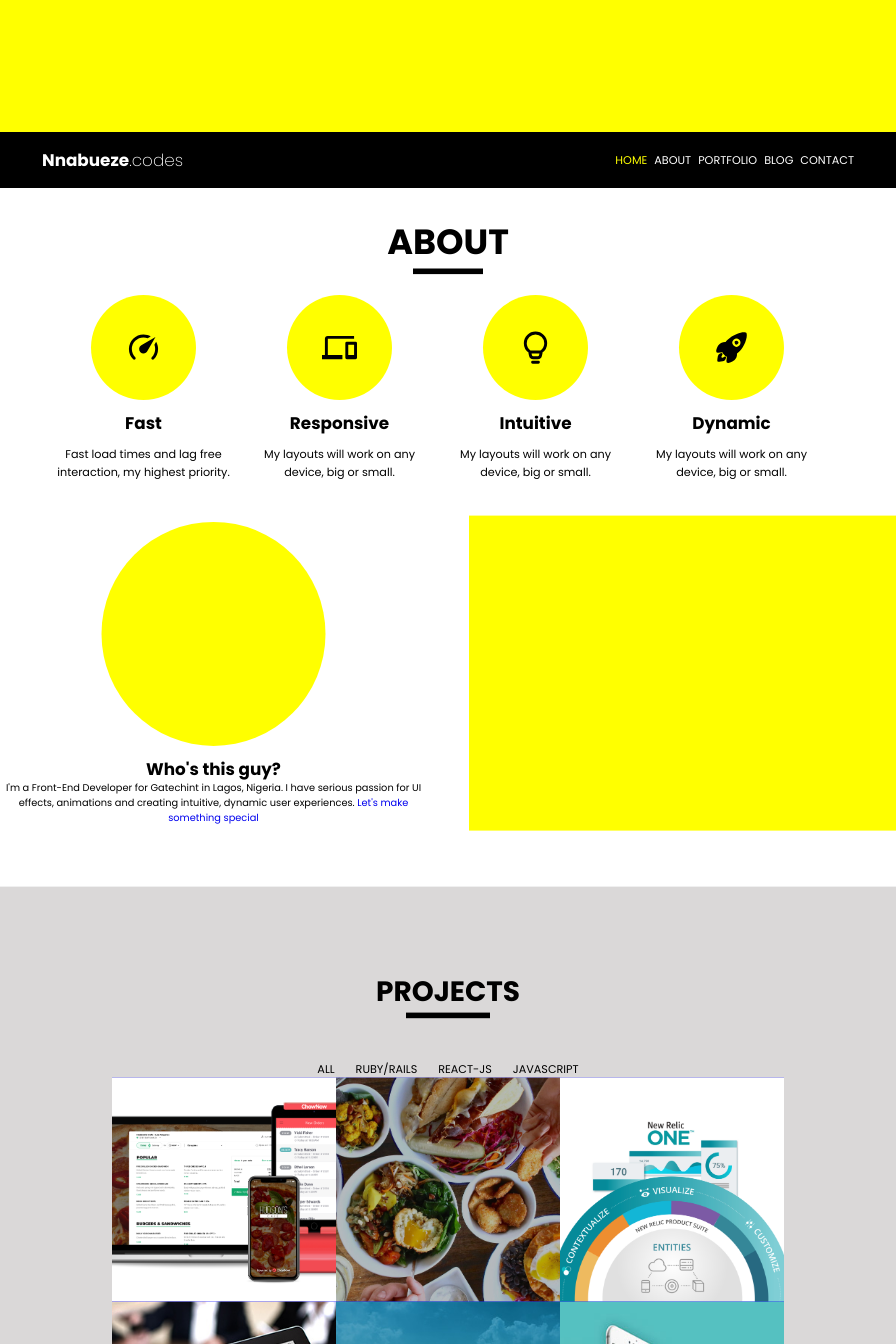
Repository: Ikebobo11/webweb
Page: index.html
An editor plug-in stored every save of this project. The page is shown before and after a run of saves, followed by the edit.
The browser window is 1280 px wide. The pictures show the part of the page from y = 452 to 2372 px (the page is 4595 px tall), at 70% of full size.
Some web libraries are served in a nearby version.

Above is the page before, as saved 2025-07-14 10:50:58.

### index.html
<!DOCTYPE html>
<html lang="en">
<head>
    <meta charset="UTF-8">
    <meta name="viewport" content="width=device-width, initial-scale=1.0">
    <link rel="stylesheet" href="style.css">
    <link rel="preconnect" href="https://fonts.googleapis.com">
    <link rel="preconnect" href="https://fonts.gstatic.com" crossorigin>
    <link href="https://fonts.googleapis.com/css2?family=Poppins:ital,wght@0,100;0,200;0,300;0,400;0,500;0,600;0,700;0,800;0,900;1,100;1,200;1,300;1,400;1,500;1,600;1,700;1,800;1,900&display=swap" rel="stylesheet">
    <script src="https://kit.fontawesome.com/5b2f8a38d7.js" crossorigin="anonymous"></script>
    <title>Document</title>
</head>
<body>
    <header>
        <div class="sec-1">
            <div class="div-1">
                <div class="div-2">
                    <h1 class="head-1"><span class="span-1">Hello, I'm </span> <span class="span-2">Ezeji Nnabueze</span>. I'm a frontend web developer</h1>
                    </div>
                    <button class="link-1" href="#">View my work <span> &rarr;</span></button>
                </div>
             <div>
        </div>
    </div>

    <div class="sec-2">
        <h2>Nnabueze<span class="span-3">.codes</span></h2>
        <nav>
            <a class="a-1" href="">HOME</a>
            <a  class="a-2" href="">ABOUT</a>
            <a class="a-2" href="">PORTFOLIO</a>
            <a class="a-2" href="">BLOG</a>
            <a class="a-2" href="">CONTACT</a>
        </nav>
        <img class="icon-image" src="./menu-burger.png">
    </div>
    </header>
    <section class="first-section">
        <h1 class="first-head">ABOUT</h1>
        <div class="first-hr"></div>
        <div class="first-div">
            <div class="head-div">
                <div class="second-div">
                    <img class="first-image" src="./fast.svg"/>
                </div>
                <h2 class="second-head">Fast</h2>
                <p class="first-p">Fast load times and lag free interaction, my highest priority.</p>
            </div>
            <div class="head-div">
            <div class="second-div">
                <img class="first-image" src="./responsive.svg"/>
            </div>
                <h2 class="second-head">Responsive</h2>
                <p class="first-p">My layouts will work on any device, big or small.</p>
            </div>
            <div class="head-div">
            <div class="second-div">
                <img class="first-image" src="./intuitive.svg"/>
            </div>
            <h2 class="second-head">Intuitive</h2>
            <p class="first-p">My layouts will work on any device, big or small.</p>
            </div>
            <div class="head-div">
                    <div class="second-div">
                        <img class="first-image" src="./dynamic.svg"/>
                    </div>
                    <h2 class="second-head">Dynamic</h2>
                    <p class="first-p">My layouts will work on any device, big or small.</p>
                </div>
        </div>
    </section>
    <section class="second-section">
        <div class="third-div">
            <div class="fourth-div">
            </div>
            <h2 class="third-head">Who's this guy?</h2>
            <p class="second-p">I'm a Front-End Developer for Gatechint in Lagos, Nigeria. I have serious passion for UI effects, animations and creating intuitive, dynamic user experiences.<a class="first-link" href="#"> Let's make something special</a></p>
        </div>
        <div class="fifth-div"></div>
    </section>
    <section class="fourth-section">
        <h1 class="fourth-head">PROJECTS</h1>
        <div class="underline-div"></div>
        <nav class="first-nav">
            <p>ALL</p>
            <p>RUBY/RAILS</p>
            <p>REACT-JS</p>
            <p>JAVASCRIPT</p>
        </nav>

        <div class="sixth-div">

            <div class="project div-a"></div>
            <div class="project div-b"></div>
            <div class="project div-c"></div>
            <div class="project div-d"></div>
            <div class="project div-e"></div>
            <div class="project div-f"></div>
            <div class="project div-g"></div>
            <div class="project div-h"></div>
            <div class="project div-i"></div>
        </div>
    </section>
    <section class="fifth-section">
        <h1 class="first-head">BLOG</h1>
        <div class="first-hr"></div>
        <div class="last-image-div">
            <div class="last-image-div-a">
                <div class="hover new-div-a just-div">
                    <div class="image-div-a"></div>
                    <h3 class="new-head-a">Breaking Your Coder's Block</h3>
                    <p class="new-p-a">April 29,2016</p>
                    <p class="new-p-b"> At one time or another, as a developer, we've all found ourselves hopelessly stuck on a coding issue ...</p>
                </div>
                <div class="hover new-div-b ">
                    <div class="image-div-b just-div"></div>
                    <h3>!Awake: This is Your Brain on Caffeine</h3>
                    <p class="new-p-a">MARCH 19, 2015</p>
                    <p class="new-p-b">If there's one thing I can truly claim to be an expert on, it's staying awake. For five years I struggled to stay employed ...</p>
                </div>
                <div class="hover new-div-c">
                    <div class="image-div-c just-div"></div>
                    <h3>Getting a handle on Handlebars</h3>
                    <p class="new-p-a">MARCH 4, 2015</p>
                    <p class="new-p-b">Here at EyeCue Lab we render most of our data-laden HTML pages in Handlebar templates ...</p>
                </div>
                <div class="hover new-div-d">
                    <div class="image-div-d just-div"></div>
                    <h3>5 Extensions for Your Chrome Toolbelt</h3>
                    <p class="new-p-a">FEBRUARY 23, 2015</p>
                    <p class="new-p-b">If you're not using Google Chrome as a front-end web developer, you're missing out. Not only is Chrome the ...</p>
                </div>
            </section>
                <section class="sixth-section">
                    <!-- <img src="./blog-2.jpg"> -->
                    <h1 class="first-head">CONTACT</h1>
                    <div class="second-hr"></div>
                    <p class="new-p-c">Have a question or want to work together? </p>
                    <!-- <div class="new-div-e"></div> -->
                    <form>
                        <input class="new-input-a" placeholder="Name">
                        <input class="new-input-b" placeholder="Enter Email">
                        <textarea class="new-input-c" placeholder="Type your message..."></textarea>
                        <input class="new-input-d" type="submit" value="submit"/>

                    <!-- </div> -->

                </section>
            </div>
        </div>
    </section>
    <footer>
        <div class="icon-div-a"><i class="fa-solid fa-angles-up icon-a"></i></div>
        <div class="head-icon-div">
            <div class="icon-div-b"><i class="fa-brands fa-github icon-a"></i></div>
            <div class="icon-div-b"><i class="fa-brands fa-linkedin-in icon-a"></i></div>
            <div class="icon-div-b"><i class="fa-brands fa-instagram icon-a"></i></div>
            <div class="icon-div-b"><i class="fa-brands fa-twitter icon-a"></i></div>
        </div>
        <p class="footer-p">Ezeji Nnabueze &copy; 2025</p>
    </footer>
</body>
</html>

### style.css
*{
    padding: 0px;
    margin: 0px;
    box-sizing: border-box;
    max-width: 100%;
}
body{
    font-family: "Poppins", sans-serif;
    max-width: 100vw;
}
.sec-1{
    background-color: yellow;
    /* padding-block: 200px; */
    /* padding-inline:30%; */
    height: calc(100vh - 80px);
    display: flex;
    justify-content: center;
    align-items: center;

}
.div-2{
    word-wrap: break-word;
    max-width: 560px;
    margin-inline: auto;
    font-weight: 300;
    overflow: hidden;
    @media(max-width:800px){
        font-size: small;
    }
}
.head-1{
    text-align: center;
    font-size: 40px;
    font-weight: 300;

}
.link-1{
    border: 2px solid black;
    padding: 15px;
    margin-inline: auto;
    display: block;
    margin-top: 40px;
    background-color: yellow;
    border-radius: 10px;
    font-size: 20px;
}
.span-2{
    font-weight: 600;
}
.span-1{
    font-weight: 100;
}
.link-1:hover{
    background-color: black;
    color: white;
}
.sec-2{
    height:20px;
    background-color: black;
    display: flex;
    align-items: center;
    justify-content: space-between;
    color: white;
    padding: 40px 60px;
}
nav{
    display: flex;
    gap: 10px;
    @media(max-width:800px){
        display: none;
    }
}
.icon-image{
    /* max-width: 100%;
    width: 10%; */
    display: none;
    filter: invert(1);
    @media(max-width: 800px) {
        display: block;
    }
}
.a-2{
    color: white;
    text-decoration: none;
}
.a-1{
    color: yellow;
    text-decoration: none;
}
.a-2:hover{
    color: yellow;
}
.span-3{
    font-weight: 200;
}
.first-section{

}
.first-head{
    text-align: center;
    margin-block: 40px 0px;
    font-size: 50px;
}
.first-hr{
    height:8px;
    background-color: black;
    width: 100px;
    margin: auto;
}
.first-div{
    display: grid;
    grid-template-columns: 1fr 1fr 1fr 1fr;
    justify-content: space-between;
    margin-inline: auto;
    margin-block: 30px 50px;
    max-width: 1120px;

    @media(max-width:1000px){
        grid-template-columns: 1fr 1fr ;
        margin-inline:auto;
        width: 600px;
    }
    @media (max-width:500px) {
        grid-template-columns: 1fr;
        margin-inline: auto;
        width: 250px;
    }
}
.first-image{
    width: 50px;

}
.second-div{
    background-color: yellow;
    width: 150px;
    height: 150px;
    border-radius: 150px;
    display: flex;
    justify-content: center;
    align-items: center;
    margin-inline: auto;
}
.head-div{
    width: 250px;
}
.second-head{
    text-align: center;
    margin-block: 15px;
}
.first-p{
    text-align: center;
}
.second-section{
    display: grid;
    grid-template-columns: 1fr 1fr;
    align-items: center;
    gap:60px;
    max-width: 1120px;
    margin-inline: auto;
    /* margin-inline: 180px; */
    margin-bottom: 80px;
    max-width: 2000px;
    @media(max-width:800px){
        grid-template-columns: 1fr;
    }

}
.third-div{
    /* width: 960px; */
    /* height: 450px; */

}
.fourth-div{
    background-color: yellow;
    height: 320px;
    max-width: 320px;
    border-radius: 320px;
    margin-inline: auto;
}
.fifth-div{
    background-color: yellow;
    /* width: 960px; */
    height: 450px;
}
.third-head{
    text-align: center;
    margin-top: 15px;
}
.second-p{
    font-size: 14px;
    text-align: center;
}
.first-link{
    text-decoration: none;
}
.fourth-section{
    background-color: rgba(196, 193, 193, 0.63);
    padding-block: 120px 40px;
    margin-bottom: 100px;
}
.sixth-div{
    display: grid;
    grid-template-columns: 1fr 1fr 1fr;
    max-width: 960px;
    margin-inline: auto;
    @media(max-width:900px) {
        grid-template-columns: 1fr 1fr;
        /* max-width: 620px; */
        margin-inline: auto;
        padding-inline: 10%;

    }
    @media (max-width:650px) {
        grid-template-columns: 1fr;
        /* max-width: 320px; */
        margin-inline: auto;
        padding-inline: 10%;
    }

}
.project{
    background-size: cover;
    /* max-width:320px ; */
    height: 320px;
    background-position: center;
    background-color: blue;
}
.div-a{
    background-image: url(./project-1.jpg);
}

.div-b{
    background-image: url(./project-2.jpg);
}
.div-c{
    background-image: url(./project-3.png);
}
.div-d{
    background-image: url(./project-4.jpg);
}
.div-e{
    background-image: url(./project-5.jpg);
}
.div-f{
    background-image: url(./project-6.jpg);
}
.div-g{
    background-image: url(./project-7.jpg);
}
.div-h{
    background-image: url(./project-8.jpg);
}
.div-i{
    background-image: url(./project-9.jpg);

}
.underline-div{
    background-color: black;
    height: 8px;
    width: 120px;
    margin-inline: auto;
    margin-bottom: 60px;
}
.fourth-head{
    font-size: 40px;
    text-align: center;
}
.first-nav{
    display: flex;
    justify-content: center;
    gap: 30px;
    flex-wrap: wrap;
}
.last-image-div-a{
    width: 100vw;
    display: grid;
    grid-template-columns: 1fr 1fr 1fr 1fr;
    gap: 20px;
    padding-block: 100px;
    @media (max-width:800px) {
        grid-template-columns:1fr 1fr;
        margin-inline: auto;
    }
    @media (max-width:640px) {
        grid-template-columns: 1fr;
        padding-inline: 16px;
    }
}
.just-div{
    max-width: 408px;
}
.new-image-a{
    width: 270px;

}
.image-div-a{
    background-image: url(./blog-1.jpg);
    height: 180px;
    background-size: cover;
    background-position: center;
}
.image-div-b{
    background-image: url(./blog-2.jpg);
    height: 180px;
    background-size: cover;
    background-position: center;
}
.image-div-c{
    background-image: url(./blog-3.jpg);
    height: 180px;
    background-size: cover;
    background-position: center;
}
.image-div-d{
    background-image: url(./blog-4.jpg);
    height: 180px;
    background-size: cover;
    background-position: center;
}
.new-p-a{
    margin-block: 15px;
    font-size: 12px;
}
.new-p-b{
    font-size: 13.5px;
}
.sixth-section{
    background-color: black;
    color: white;
    padding-block: 100px 60px;
}
.new-input-a{
    display: block;
    margin: auto;
    width: 400px;
    height: 60px;
}
.new-input-b{
    display: block;
    margin: auto;
    width: 400px;
    height: 60px;
}
.new-input-c{
    display: block;
    margin: auto;
    width: 400px;
    height: 80px;
}
.new-input-d{
    display: block;
    margin: auto;
    width: 400px;
    height: 80px;
    color: white;
    border: 2px solid white;
    background-color: black;
    margin-top: 5px;
}
.second-hr{
    background-color:white;
    height: 8px;
    width: 120px;
    margin-inline: auto;
}
.new-p-c{
    color: aqua;
    text-align: center;
    margin-block: 40px 25px;
}
footer{
    background-color: yellow;
    padding-block: 20px;
}
.head-icon-div{
    display: flex;
    gap: 20px;
    max-width: 20rem;
    margin-inline: auto;
}
.icon-div-a{
    max-width: 3rem;
    height: 4rem;
    background-color: black;
    display: flex;
    align-items: center;
    justify-content: center;
    margin-inline: auto;
    margin-block: -2.5rem 2rem;
    border: 1px solid white;
}
.icon-div-b{
    max-width: 3rem;
    height: 4rem;
    background-color: black;
    display: flex;
    align-items: center;
    justify-content: center;
    margin-inline: auto;
    margin-bottom:2rem;
    padding-inline: 10px;

}
.icon-a{
    color: aqua;

    font-size: 2rem;
}
.footer-p{
    text-align: center;
}

.hover:hover h3 {
 color: teal;
}
.new-div-a:hover~.hover {
    opacity: 0.4;
}
.new-div-b:hover~.hover{
    opacity: 0.4;
}
.new-div-c:hover~.hover{
    opacity: 0.4;
}
.new-div-d:hover~.hover{
    opacity: 0.4;
}

After the next 4 saves:
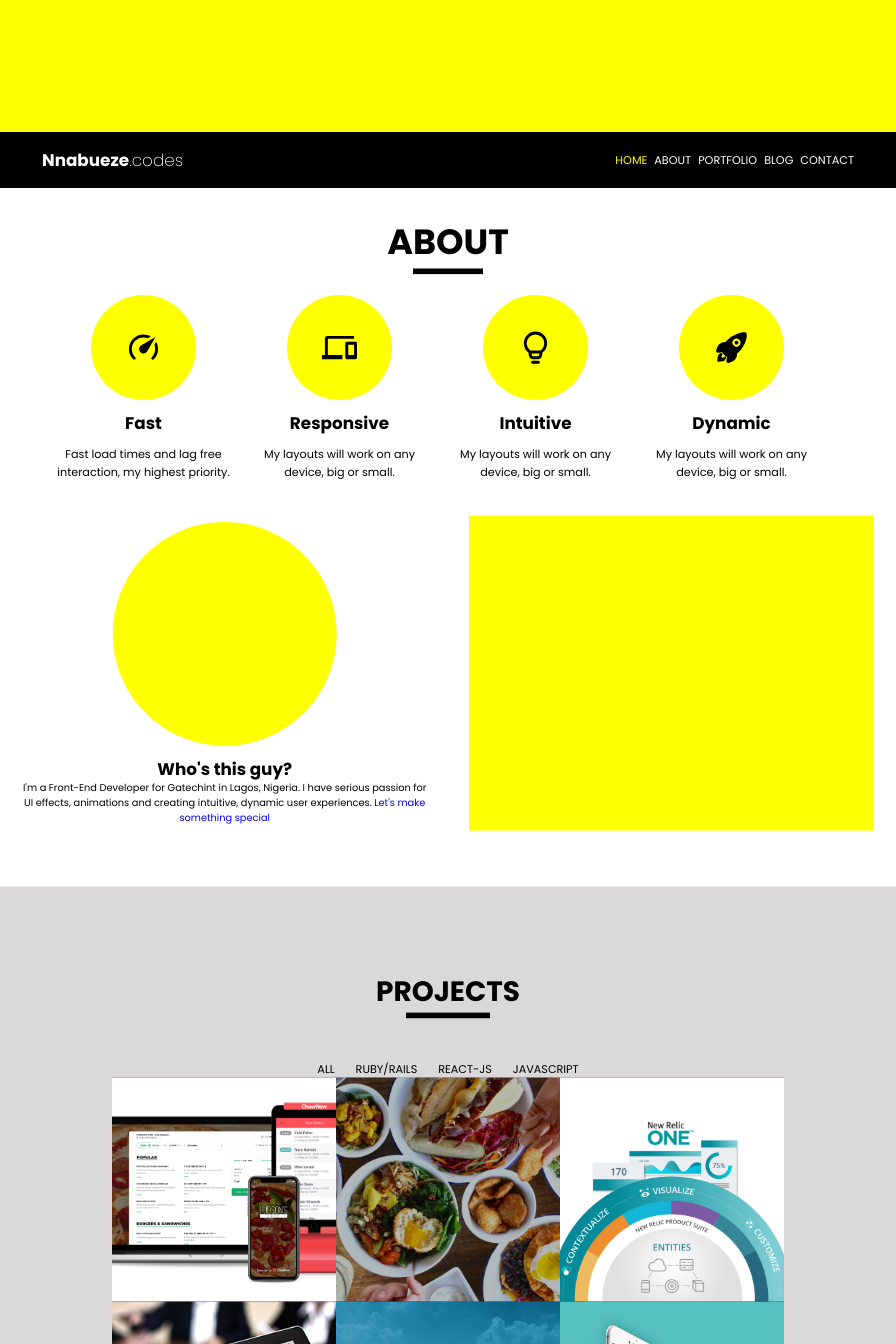
The 4 saves are shown as one change because they came seconds apart.
The last was saved 56 s later.
--- a/style.css
+++ b/style.css
@@ -157,6 +157,7 @@
     gap:60px;
     max-width: 1120px;
     margin-inline: auto;
+    padding-inline: 2rem;
     /* margin-inline: 180px; */
     margin-bottom: 80px;
     max-width: 2000px;
